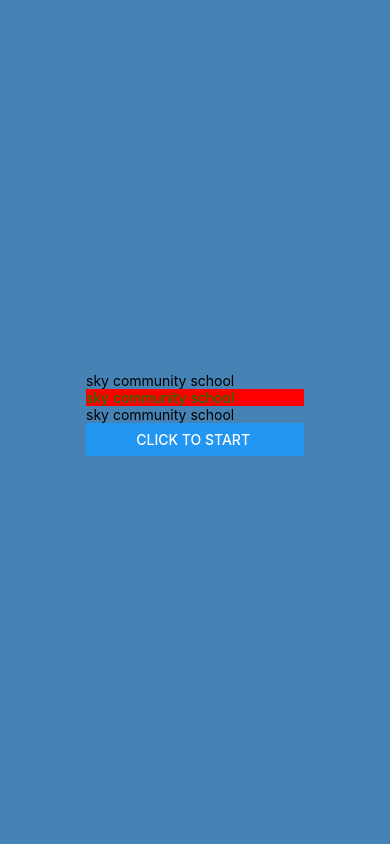
Repository: 2000-Nanayaw/MobileApp
Screen: /
An editor plug-in stored every save of this project. The screen is shown before and after the next save, followed by the edit.
The app was drawn by React Native's web renderer in a window 390 px wide. The project was rebuilt for these pictures with package versions that can differ from the ones it lists, and the page was loaded fresh each time.

Above is the screen before, as saved 2023-08-24 01:58:29.

After the next save:
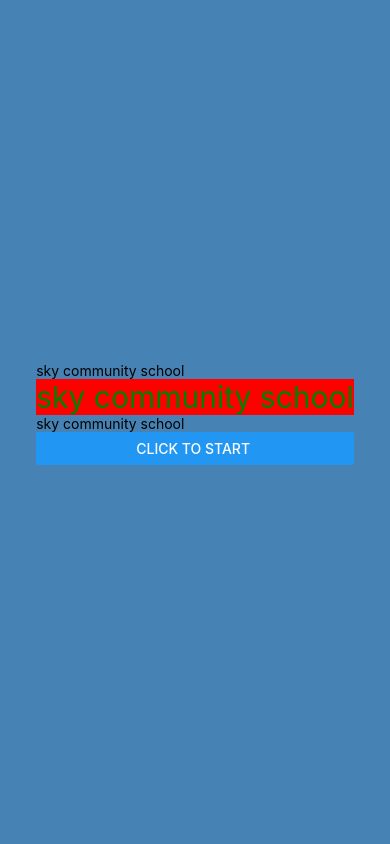
Saved 32 s later.
--- a/App.js
+++ b/App.js
@@ -6,7 +6,7 @@
     <View style={styles.container}>
       <View>
       <Text>sky community school</Text>
-      <Text style={{backgroundColor: "red", color: "green"}}>sky community school</Text>
+      <Text style={{backgroundColor: "red", color: "green", fontSize: "30px"}}>sky community school</Text>
       <Text>sky community school</Text>
       <Button title='click to start '/>
       <TextInput />

After the save that followed:
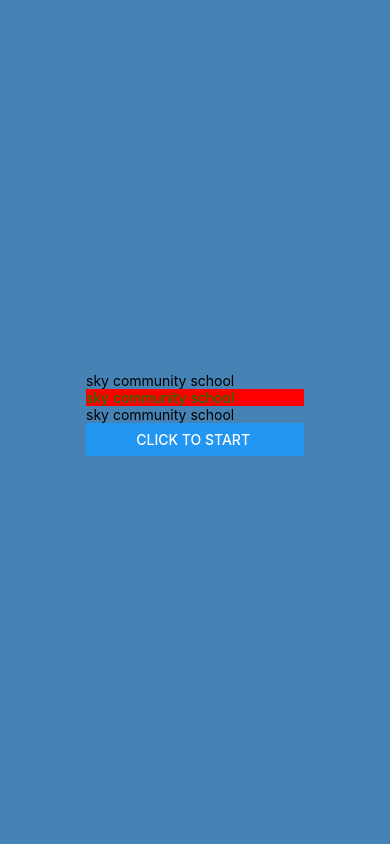
Saved 6 s later.
--- a/App.js
+++ b/App.js
@@ -6,7 +6,7 @@
     <View style={styles.container}>
       <View>
       <Text>sky community school</Text>
-      <Text style={{backgroundColor: "red", color: "green", fontSize: "30px"}}>sky community school</Text>
+      <Text style={{backgroundColor: "red", color: "green", fontSize: "30"}}>sky community school</Text>
       <Text>sky community school</Text>
       <Button title='click to start '/>
       <TextInput />
